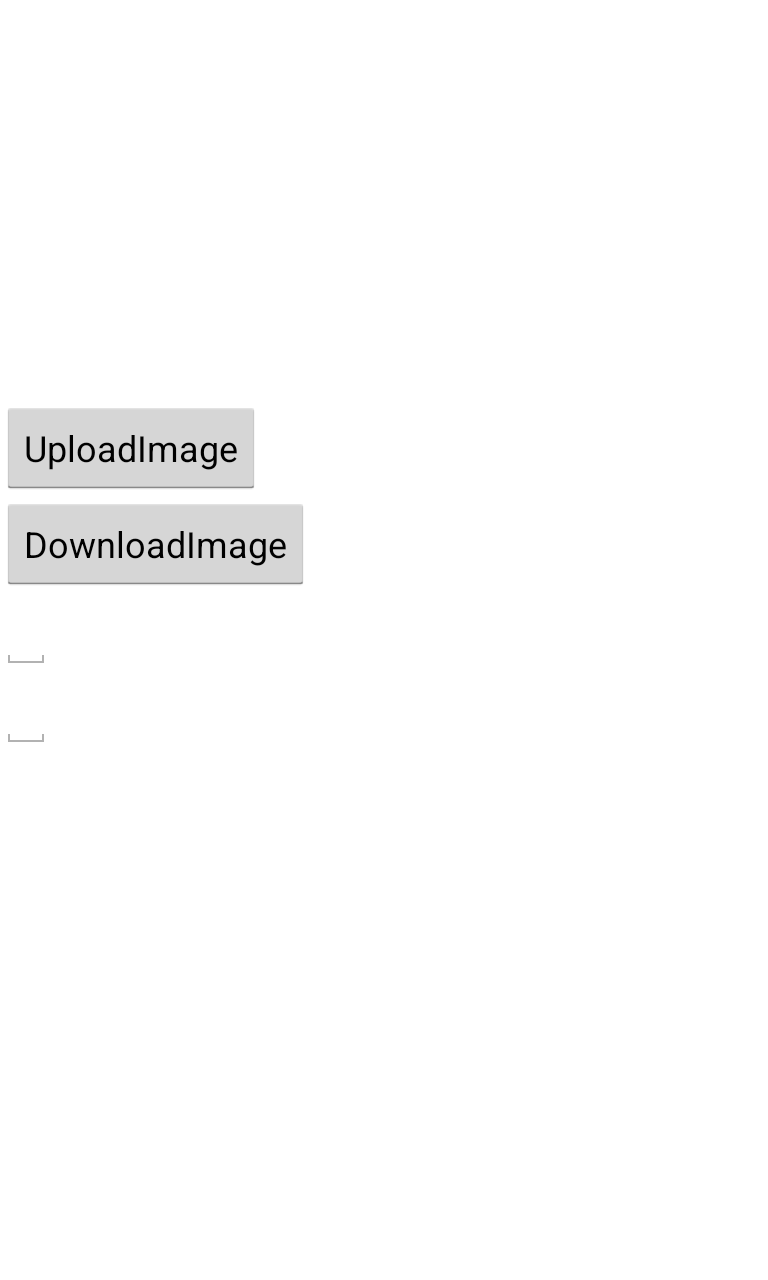
Repository: HSUmod/nanumi
Layout: Nanumi/ImageSendTest/res/layout/activity_main.xml
The author's editor kept a copy of each file at every save. The layout is drawn from the files as they stood at one save, then again after the next save.
It is drawn on a 768 x 1280 px phone screen (xhdpi) without system bars, with theme AppTheme; the app's code is not run.

Above is the layout before, as saved 2015-11-17 07:24:10.

After the next save:
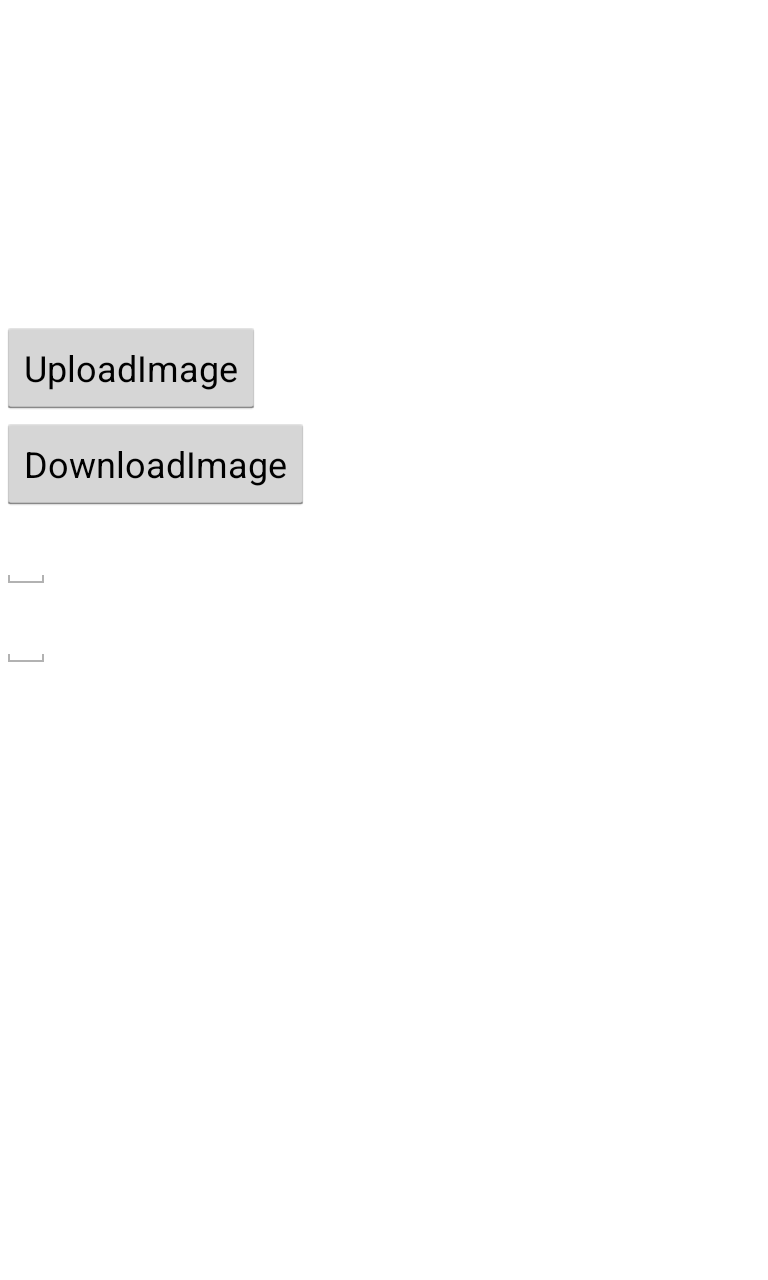
Saved 2 min 46 s later.
--- a/Nanumi/ImageSendTest/res/layout/activity_main.xml
+++ b/Nanumi/ImageSendTest/res/layout/activity_main.xml
@@ -7,13 +7,13 @@
 
     <ImageView
         android:id="@+id/imageToUpload"
-        android:layout_width="100dp"
-        android:layout_height="100dp" />
+        android:layout_width="80dp"
+        android:layout_height="80dp" />
 
     <ImageView
         android:id="@+id/downloadedImage"
-        android:layout_width="100dp"
-        android:layout_height="100dp" />
+        android:layout_width="80dp"
+        android:layout_height="80dp" />
 
     <Button
         android:id="@+id/bUploadImage"
